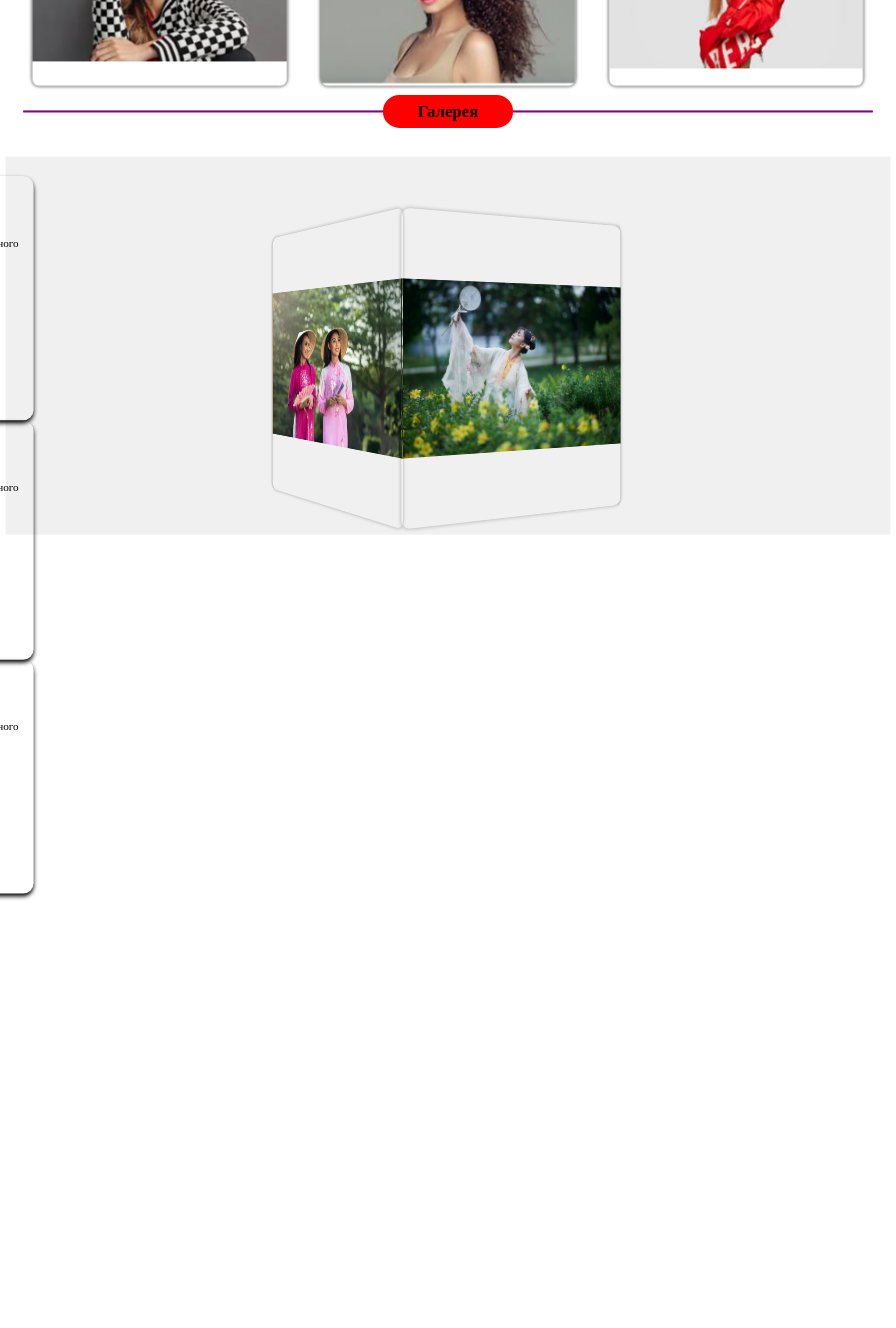
Repository: qtqqrdy13/model-studio
Page: index.html
An editor plug-in stored every save of this project. The page is shown before and after the next save, followed by the edit.
The browser window is 1280 px wide. The pictures show the part of the page from y = 1754 to 3674 px (the page is 3651 px tall before and 3837 px after), at 70% of full size.
A picture or video elsewhere on the page could not be fetched, so the positions and the page height are approximate.

Above is the page before, as saved 2023-09-01 13:51:14.

### index.html
<!DOCTYPE html>
<html lang="RU">

<head>
    <meta charset="UTF-8">
    <meta name="viewport" content="width=device-width, initial-scale=1.0">
    <title>model studio</title>
    <link rel="stylesheet" type="text/css" href="style.css">
</head>

<body>
    <header class="header">
        <div class="conteiner">
            <div class="header_inner">
                <div class="header_logo">
                    MS15
                </div>
                <nav class="nav">
                    <a class="nav_link" href="#">Про нас</a>
                    <a class="nav_link" href="#">Для моделей</a>
                    <a class="nav_link" href="#">Галерея</a>
                    <a class="nav_link" href="#">Карьера</a>
                    <a class="nav_link" href="#">Услуги</a>
                    <a class="nav_link" href="#">Контакты</a>
                </nav>
            </div>
        </div>
    </header>

    <div class="intro">
        <div class="intro__inner">
            <h2 class="intro_suptitle">
                Добро пожаловать!
            </h2>
            <h1 class="intro_title">
                На наш сайт
            </h1>
            <a class="button">
                Читать далее
            </a>
        </div>
        <img src="../java/img/ответственная-стильная-девушка-отдающая-приветствие-слушая-порядок-217387674.webp" alt="">

    </div>
    <div id="about_us">
        <div class="announcement">
            <h2 class="title">
                Про нас
            </h2>
        </div>
    </div>
    <div class="welcome_conteiner">
        <div class="text_content">
            <h1>
                МЫ СУПЕР НОВАЯ КРУТАЯ МОДЕЛЬНАЯ СТУДИЯ
            </h1>
            <p>
                Lorem ipsum dolor sit amet consectetur adipiscing elit mollis interdum, ac parturient magnis ultricies
                congue gravida nulla vivamus sem, purus maecenas id vestibulum odio aptent facilisis ante. Finibus mi
                enim porta tristique ipsum conubia viverra bibendum praesent, rhoncus pellentesque senectus vestibulum
                odio ornare curabitur feugiat nec dictum, montes nascetur fringilla netus efficitur himenaeos elementum
                facilisis. Amet purus commodo vel nullam vulputate non mi sagittis ac, malesuada vehicula varius
                phasellus tristique tempor ullamcorper facilisis, sem quisque morbi consequat curae imperdiet eros
                libero.
            </p>
            <a class="clicker" href="#">
                Читать дальше
            </a>
        </div>
        <div class="image_content">
            <img src="../ргн.png">
        </div>
    </div>
    <div id="for_models">
        <div class="announcement">
            <h2 class="title">
                Для моделей
            </h2>
        </div>
    </div>
    <div class="wrapper">
        <div class="block">
            <img src="../java/img/Без названия (1).jpg">
            <div class="information">
                <h1>
                    Хочу Вас познакомить с шикарными девушками которые готовы работать в формате nu.
                </h1>
                <p>
                    Тыкайте сюда.
                </p>
                <a href="#" class="btn">
                    Далее
                </a>
            </div>
        </div>
        <div class="block">
            <img src="../java/img/Без названия (2).jpg">
            <div class="information">
                <h1>
                    Хочу Вас познакомить с шикарными девушками которые готовы работать в формате nu.
                </h1>
                <p>
                    Тыкайте сюда.
                </p>
                <a href="#" class="btn">
                    Далее
                </a>
            </div>
        </div>
        <div class="block">
            <img src="../java/img/Без названия (3).jpg">
            <div class="information">
                <h1>
                    Хочу Вас познакомить с шикарными девушками которые готовы работать в формате nu.
                </h1>
                <p>
                    Тыкайте сюда.
                </p>
                <a href="#" class="btn">
                    Далее
                </a>
            </div>
        </div>
        <div class="block">
            <img src="../java/img/images.jpg">
            <div class="information">
                <h1>
                    Хочу Вас познакомить с шикарными девушками которые готовы работать в формате nu.
                </h1>
                <p>
                    Тыкайте сюда.
                </p>
                <a href="#" class="btn">
                    Далее
                </a>
            </div>
        </div>
        <div class="block">
            <img src="../java/img/images (1).jpg">
            <div class="information">
                <h1>
                    Хочу Вас познакомить с шикарными девушками которые готовы работать в формате nu.
                </h1>
                <p>
                    Тыкайте сюда.
                </p>
                <a href="#" class="btn">
                    Далее
                </a>
            </div>
        </div>
        <div class="block">
            <img src="../java/img/images (2).jpg">
            <div class="information">
                <h1>
                    Хочу Вас познакомить с шикарными девушками которые готовы работать в формате nu.
                </h1>
                <p>
                    Тыкайте сюда.
                </p>
                <a href="#" class="btn">
                    Далее
                </a>
            </div>
        </div>
    </div>
    <div id="gallery">
        <div class="announcement">
            <h2 class="title">
                Галерея
            </h2>
        </div>
    </div>
    <div class="carusel-conteiner">
        <div class="carusel">
            <div class="slide">
                <img src="../java/img/q.webp">
            </div>
            <div class="slide">
                <img src="../java/img/w.jpg">
            </div>
            <div class="slide">
                <img src="../java/img/e.jpg">
            </div>
            <div class="slide">
                <img src="../java/img/r.jpg">
            </div>
            <div class="slide">
                <img src="../java/img/t.jpg">
            </div>
        </div>
    </div>
    </div>
    <div class="centered_conteiner">
    <div class="suction">

        <div class="category">
            <h2>
                Карьера для моделей НЮ
            </h2>
            <p>
                Здесь вы можете более подробней ознакомиться с возможностью Вашего карьерного рост,как моделей в формате
                НЮ
            </p>
            <img src="../java/img/kariera2.jpg" alt="image1">
            <button class="baton">
                Ознакомиться
            </button>
        </div>
        <div class="category">
            <h2>
                Карьера для подиумных моделей
            </h2>
            <p>
                Здесь вы можете более подробней ознакомиться с возможностью Вашего карьерного рост,как моделей в формате
                НЮ
            </p>
            <img src="../java/img/kariera.jpg" alt="image2">
            <button class="baton">
                Ознакомиться
            </button>
        </div>
        <div class="category">
            <h2>
                Карьера для студийных моделей
            </h2>
            <p>
                Здесь вы можете более подробней ознакомиться с возможностью Вашего карьерного рост,как моделей в формате
                НЮ
            </p>
            <img src="../java/img/kariera3.jpg" alt="image3">
            <button class="baton">
                Ознакомиться
            </button>
        </div>
    </div>
</div>
</body>

</html>

### style.css
.header {
    background-color: burlywood;
    color: black;
    padding: 5px;
}

.conteiner {
    max-width: 1200px;
    margin: 0 auto;
}

.header_inner {
    display: flex;
    justify-content: space-between;
    align-items: center;
}

.header_logo {
    font-size: 24px;
    font-weight: bold;
}

.nav {
    display: flex;
}

.nav_link {
    margin-left: 30px;
    text-decoration: none;
    color: black;
    transition: color 0.3s ease;
    align-items: flex-end;
    justify-content: space-between;
}

.nav_link:hover {
    color: crimson;
    font-size: 20px;

}

.nav_link::before {
    position: absolute;
    width: 100%;
    background-color: deeppink;
    transform: scaleX(0);
    transition: transform 0.3s ease;

}

.nav.link:hover::before {
    transform: scaleX(1);
}

.announcement {
    height: 3px;
    background-color: darkmagenta;
    display: flex;
    justify-content: center;
    align-items: center;
    margin: 2% 2%;
}

.title {
    animation-name: fade-in;
    animation-duration: 0.3s;
    text-align: center;
    text-decoration: none;
    color: black;
    background-color: red;
    border-radius: 30px;
    padding: 10px 50px;
}

.title:hover {
    background-color: cadetblue;
    color: coral;
    font-size: 24px;
}

@keyframes fade-in {
    from {
        opacity: 0;
    }

    to {
        opacity: 1;
    }
}

.intro {
    position: relative;
    width: 100%;
    height: auto;
    display: flex;
    align-items: center;
    justify-content: center;
    overflow: hidden;



}

.intro img {
    width: 100%;
    height: auto;
    top: 0;
    left: 0;
    animation: fade-in 1s ease-in-out;
    z-index: -1;
    position: relative;
    display: inline-block;

}

.intro__inner {
    text-align: center;
    z-index: 1;
    position: absolute;
    top: 50%;
    left: 50%;
    transform: translate(-50% -50%);



}

.intro_suptitle {
    font-size: 24px;
    color: aqua;
    margin-bottom: 20px;

}

.intro_title {
    font-size: 18px;
    color: blanchedalmond;
    margin-bottom: 20px;
}

.button {
    display: inline-block;
    padding: 10px 18px;
    background-color: azure;
    color: fuchsia;
    font-size: 16px;
    text-decoration: none;
    border-radius: 5px;
}

.button:hover {
    background-color: antiquewhite;
    color: beige;
    font-size: 24px;
}

@keyframes fade-in {
    from {
        opacity: 0;
    }

    to {
        opacity: 1;
    }

}

.wrapper {
    display: flex;
    flex-wrap: wrap;
    justify-content: space-evenly;
    margin-top: 5%;

}

.block {
    width: calc(30.33% - 20px);
    margin: 10px;
    position: relative;
    overflow: hidden;
    border-radius: 10px;
    box-shadow: 0 0 5px black;



}

.block:hover {
    box-shadow: 0 0 10px black;
    transform: scale(0.9);
}

.block:hover img {
    transform: scale(1.1);
}

.block img {
    width: 100%;
    height: auto;
    object-fit: cover;

}

.information {
    position: absolute;
    bottom: 0;
    left: 0;
    width: 100%;
    padding: 15px;
    background-color: grey;
    color: red;
    opacity: 0;
    transition: opacity 0.3s ease-in-out;
}

.information h1,
p {
    margin: 0;
    padding: 0;
}

.block:hover .information {
    opacity: 1;
}

.btn {
    display: inline-block;
    padding: 10px 20px;
    background-color: brown;
    color: navy;
    text-decoration: none;
    border-radius: 15px;
    margin-top: 5px;
}

.btn:hover {
    background-color: green;
    color: pink;

}

.carusel-conteiner {
    perspective: 1000px;
    display: flex;
    justify-content: center;
    align-items: center;
    height: 75vh;
    background-color: #f0f0f0;
    margin-top: 5%;
}

.carusel {
    width: 300px;
    height: 300px;
    position: relative;
    margin: auto;
    transform-style: preserve-3d;
    animation: rotate 15s infinite linear;
    transform: translateZ(-200px);
}

.slide {
    width: 293px;
    height: 350px;
    position: absolute;
    display: flex;
    justify-content: center;
    align-items: center;
    background-color: #f0f0f0;
    box-shadow: 0px 0px 5px rgba(0, 0, 0, 0.3);
    transform-origin: center center;
    border-radius: 10px;
}

.slide img {
    max-width: 100%;
    max-height: 100%;

}

.slide:nth-child(1) {
    transform: rotateY(0deg) translateZ(200px);
}

.slide:nth-child(2) {
    transform: rotateY(72deg) translateZ(200px);
}

.slide:nth-child(3) {
    transform: rotateY(144deg) translateZ(200px);
}

.slide:nth-child(4) {
    transform: rotateY(216deg) translateZ(200px);
}

.slide:nth-child(5) {
    transform: rotateY(288deg) translateZ(200px);
}

@keyframes rotate {

    0%,
    100% {
        transform: rotateY(0deg);
    }

    20% {
        transform: rotateY(-72deg);
    }

    40% {
        transform: rotateY(-144deg);
    }

    60% {
        transform: rotateY(-216deg);
    }

    80% {
        transform: rotateY(-288deg);
    }
}

.welcome_conteiner {
    display: flex;
    align-items: center;
    justify-content: space-between;
    max-width: 1200px;
    margin: 0 auto;
    padding: 50px;
    background-color: bisque;
    box-shadow: 0px 3px 10px black;
    font-family: 'Gill Sans', 'Gill Sans MT', Calibri, 'Trebuchet MS', sans-serif;
}

.text-content {
    flex: 1;
    padding: 20px;
}

.text-content h1 {
    font-size: 36px;
    margin-bottom: 10px;
}

.text-content p {
    font-size: 18px;
    color: darkblue;
    margin-bottom: 20px;
}

.clicker {
    display: inline-block;
    padding: 10px 20px;
    background-color: navy;
    border-radius: 5px;
    color: gold;
    text-decoration: none;
    transition: background-color 0.3s ease;
    margin-top: 20px;
}

.clicker:hover {
    background-color: gold;
    color: navy;
}

.image_content {
    max-width: 100%;
    height: auto;
    animation: floatAnimation 0.3s infinite;
}

@keyframes floatAnimation {

    0%,
    100% {
        transform: translateY(0);
    }

    50% {
        transform: translateY(-10px);
    }

}

@media (max-width:768px) {
    .welcome_conteiner {
        flex-direction: column;
        text-align: center;
    }

    .image_content {
        margin-top: 20px;
    }
}

.category {
    width: 50%;
    padding: 20px;
    margin: o auto 20px;
    border-radius: 15px;
    box-shadow: 0 4px 6px black;
    transition: transform 0.2s, box-shadow 0.2s;

}

.category:hover {
    transform: translateY(-5px);
    box-shadow: 0 6px 8px black;
}

.category img {
    max-width: 100%;
    height: auto;
    margin-top: 10px;
}

.baton {
    display: inline-block;
    background-color: blanchedalmond;
    color: turquoise;
    border-radius: 15px;
    padding: 10px 20px;
    border: none;
    cursor: pointer;
}

.baton:hover {
    background-color: turquoise;
    color: blanchedalmond;

}

.suction {
    text-align: center;
    padding: 50px;


}
.centered_conteiner{
    top:50%;
    left:50%;
    transform: translate(-50%, -50%);
}

After the next save:
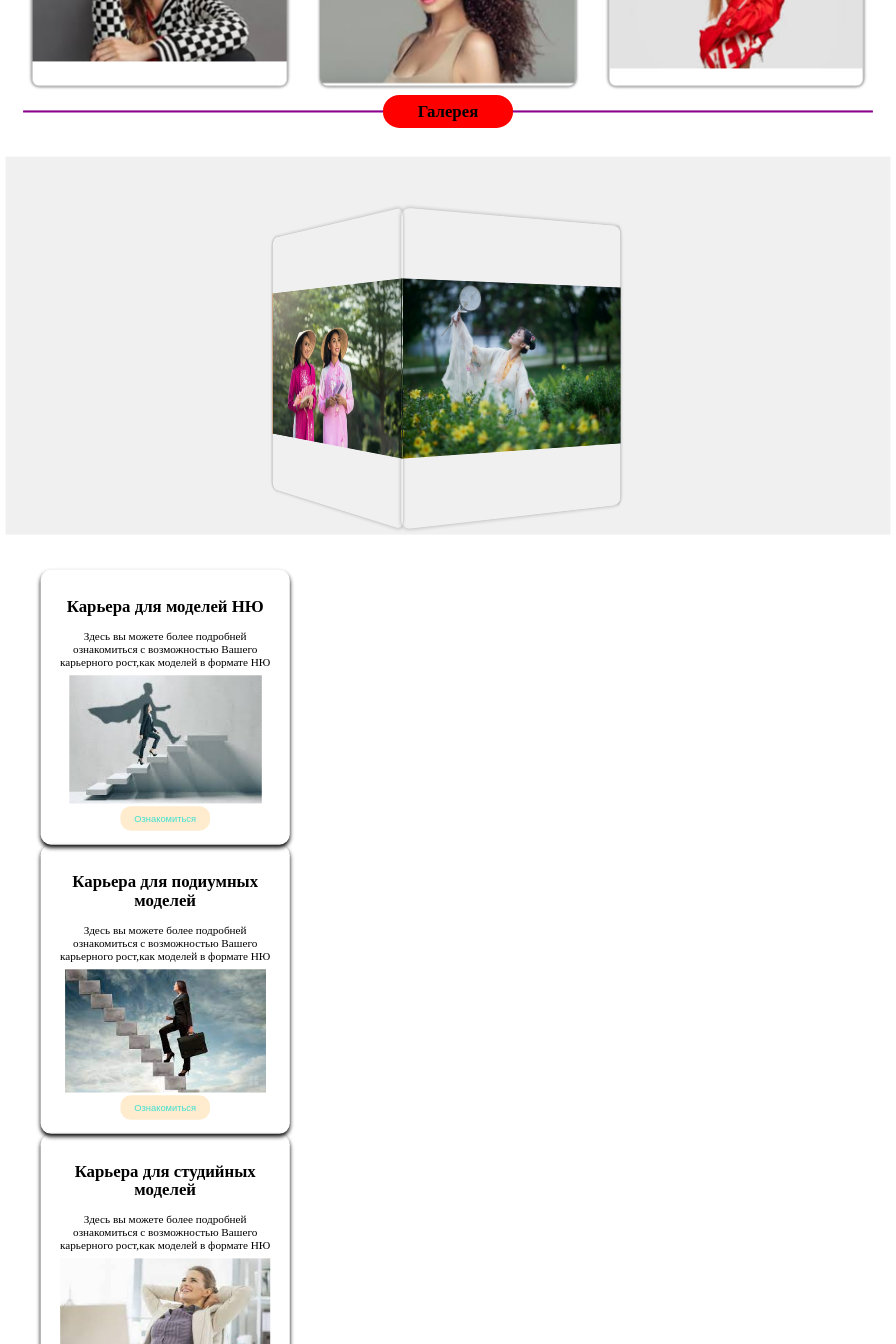
Saved 4 min 15 s later.
--- a/index.html
+++ b/index.html
@@ -191,7 +191,7 @@
         </div>
     </div>
     </div>
-    <div class="centered_conteiner">
+
     <div class="suction">
 
         <div class="category">
@@ -234,7 +234,6 @@
             </button>
         </div>
     </div>
-</div>
 </body>
 
 </html>
--- a/style.css
+++ b/style.css
@@ -436,11 +436,9 @@ p {
 .suction {
     text-align: center;
     padding: 50px;
-
-
-}
-.centered_conteiner{
-    top:50%;
-    left:50%;
-    transform: translate(-50%, -50%);
-}
+    max-width: 800px;
+    width: 50%;
+
+
+
+}
